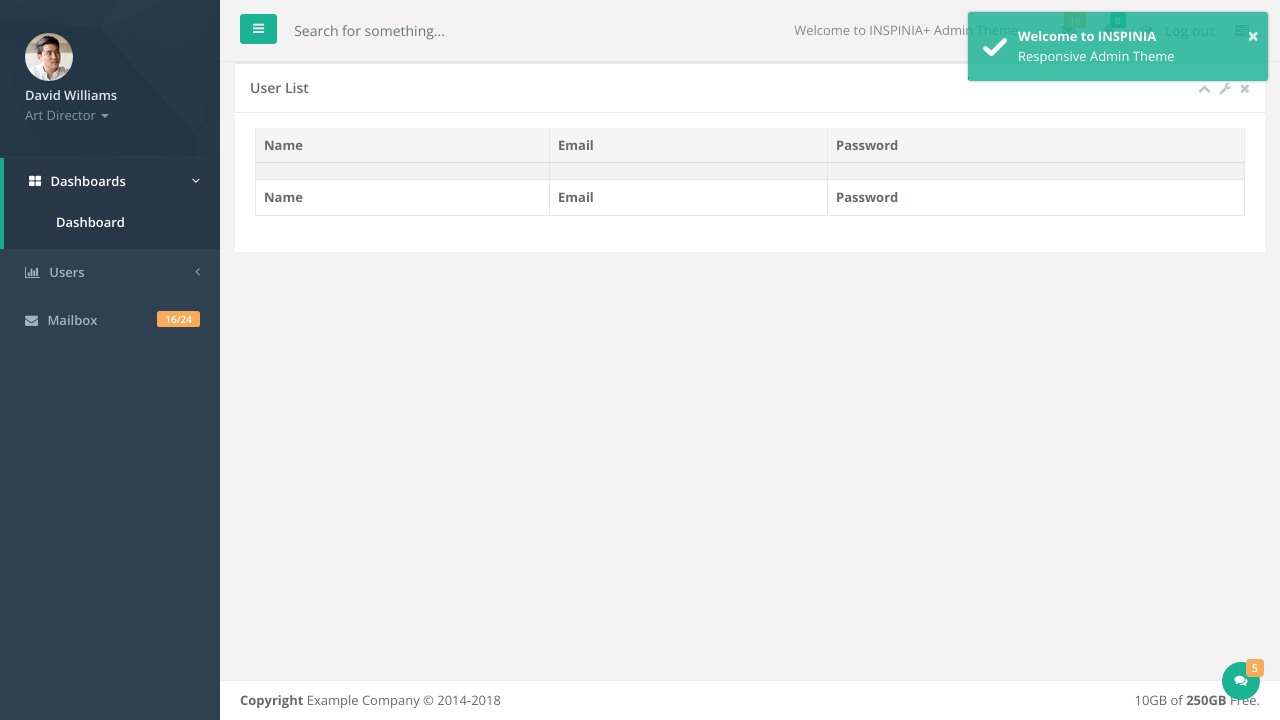
Repository: WAQARHUSSAIN12/quiz
Page: http://localhost/users
These files come from the project's save history. The page is drawn as it stood at one moment and after the next save; the edit follows.
The browser window is 1280 px wide. The pictures show the whole page.
The page is served by the project's Laravel application, run on PHP 8.4 with Laravel 9. Other server files are loaded and not shown.

Above is the page before, as saved 2024-08-09 16:54:21.
Console error: TypeError: Cannot read properties of undefined (reading 'plugins')

### routes/web.php
<?php

use Illuminate\Support\Facades\Route;
use App\Http\Controllers\Admin\HomeController;
use App\Http\Controllers\Admin\UserController;


/*
|--------------------------------------------------------------------------
| Web Routes
|--------------------------------------------------------------------------
|
| Here is where you can register web routes for your application. These
| routes are loaded by the RouteServiceProvider within a group which
| contains the "web" middleware group. Now create something great!
|
*/

Route::get('/', [HomeController::class,"dashboard"])->name("admin.dashboard");

Route::get('users', [UserController::class,"index"])->name("admin.users");

### app/Http/Controllers/Admin/UserController.php
<?php

namespace App\Http\Controllers\Admin;

use App\Http\Controllers\Controller;
use Illuminate\Http\Request;
use Yajra\DataTables\DataTables;
use App\Models\User;

class UserController extends Controller
{
    //
    public function index(Request $request){

        if ($request->ajax()){
            $user = User::select(['name', 'email', 'created_at']); // Adjust the columns accordingly
            return DataTables::of($user)->make(true);

        }

        return view('backend.users.index');
    }
}

### resources/views/backend/users/index.blade.php
@extends('backend.layout.layout')

@section('title', 'User List')

@section('content')

<link href="{{asset('assets/css/plugins/dataTables/datatables.min.css')}}" rel="stylesheet">

<div class="row">
    <div class="col-lg-12">
        <div class="ibox ">
            <div class="ibox-title">
                <h5>User List</h5>
                <div class="ibox-tools">
                    <a class="collapse-link">
                        <i class="fa fa-chevron-up"></i>
                    </a>
                    <a class="dropdown-toggle" data-toggle="dropdown" href="#">
                        <i class="fa fa-wrench"></i>
                    </a>
                    <ul class="dropdown-menu dropdown-user">
                        <li><a href="#" class="dropdown-item">Config option 1</a>
                        </li>
                        <li><a href="#" class="dropdown-item">Config option 2</a>
                        </li>
                    </ul>
                    <a class="close-link">
                        <i class="fa fa-times"></i>
                    </a>
                </div>
            </div>
            <div class="ibox-content">

                <div class="table-responsive">
                    <table class="table table-striped table-bordered table-hover dataTables-example">
                        <thead>
                            <tr>
                                <th>Name</th>
                                <th>Email</th>
                                <th>Password</th>
                            </tr>
                        </thead>
                        <tbody>
                            <tr>
                                <td class="center"></td>
                                <td class="center"></td>
                                <td class="center"></td>
                            </tr>
                        </tbody>
                        <tfoot>
                            <tr>
                                <th>Name</th>
                                <th>Email</th>
                                <th>Password</th>
                            </tr>
                        </tfoot>
                    </table>
                </div>

            </div>
        </div>
    </div>
</div>

@endsection

@push('script')

<script src="{{asset('assets/js/plugins/dataTables/datatables.min.js')}}"></script>
<script src="{{asset('assets/js/plugins/dataTables/dataTables.bootstrap4.min.js')}}"></script>

    <!-- Page-Level Scripts -->
    <script>
        $(document).ready(function(){
            // $('.dataTables-example').DataTable({
            //     pageLength: 25,
            //     responsive: true,
            //     dom: '<"html5buttons"B>lTfgitp',
            //     buttons: [
            //         { extend: 'copy'},
            //         {extend: 'csv'},
            //         {extend: 'excel', title: 'ExampleFile'},
            //         {extend: 'pdf', title: 'ExampleFile'},

            //         {extend: 'print',
            //          customize: function (win){
            //                 $(win.document.body).addClass('white-bg');
            //                 $(win.document.body).css('font-size', '10px');

            //                 $(win.document.body).find('table')
            //                         .addClass('compact')
            //                         .css('font-size', 'inherit');
            //         }
            //         }
            //     ]

            // });
        });

        $(document).ready(function() {
        $('.dataTables-example').DataTable({
            processing: true,
            serverSide: true,
            dom: '<"html5buttons"B>lTfgitp',
            buttons: [
                    { extend: 'copy'},
                    {extend: 'csv'},
                    {extend: 'excel', title: 'ExampleFile'},
                    {extend: 'pdf', title: 'ExampleFile'},

                    {extend: 'print',
                     customize: function (win){
                            $(win.document.body).addClass('white-bg');
                            $(win.document.body).css('font-size', '10px');

                            $(win.document.body).find('table')
                                    .addClass('compact')
                                    .css('font-size', 'inherit');
                    }
                    }
            ],
            ajax: "{{ route('admin.users') }}",
            columns: [
                { data: 'name'},
                { data: 'email'},
                { data: 'created_at'},
                // { data: 'action', name: 'action', orderable: false, searchable: false },
            ]
        });
    });

    </script>

@endpush

### resources/views/backend/layout/navigation.blade.php
<nav class="navbar-default navbar-static-side" role="navigation">
    <div class="sidebar-collapse">
        <ul class="nav metismenu" id="side-menu">
            <li class="nav-header">
                <div class="dropdown profile-element">
                    <img alt="image" class="rounded-circle" src="{{asset('assets/img/profile_small.jpg')}}" />
                    <a data-toggle="dropdown" class="dropdown-toggle" href="#">
                        <span class="block m-t-xs font-bold">David Williams</span>
                        <span class="text-muted text-xs block">Art Director <b class="caret"></b></span>
                    </a>
                    <ul class="dropdown-menu animated fadeInRight m-t-xs">
                        <li><a class="dropdown-item" href="profile.html">Profile</a></li>
                        <li><a class="dropdown-item" href="contacts.html">Contacts</a></li>
                        <li><a class="dropdown-item" href="mailbox.html">Mailbox</a></li>
                        <li class="dropdown-divider"></li>
                        <li><a class="dropdown-item" href="login.html">Logout</a></li>
                    </ul>
                </div>
                <div class="logo-element">
                    IN+
                </div>
            </li>
            <li class="active">
                <a href="index.html"><i class="fa fa-th-large"></i> <span class="nav-label">Dashboards</span> <span
                        class="fa arrow"></span></a>
                <ul class="nav nav-second-level">
                    <li class="active"><a href="index.html">Dashboard</a></li>
                </ul>
            </li>
            <li>
                <a href="#"><i class="fa fa-bar-chart-o"></i> <span class="nav-label">Users</span><span
                        class="fa arrow"></span></a>
                <ul class="nav nav-second-level collapse">
                    <li><a href="graph_flot.html">Users</a></li>
                </ul>
            </li>
            <li>
                <a href="mailbox.html"><i class="fa fa-envelope"></i> <span class="nav-label">Mailbox </span><span
                        class="label label-warning float-right">16/24</span></a>
                <ul class="nav nav-second-level collapse">
                    <li><a href="mailbox.html">Inbox</a></li>
                    <li><a href="mail_detail.html">Email view</a></li>
                    <li><a href="mail_compose.html">Compose email</a></li>
                    <li><a href="email_template.html">Email templates</a></li>
                </ul>
            </li>
        </ul>

    </div>
</nav>

### resources/views/backend/layout/topbar.blade.php
<div class="row border-bottom">
    <nav class="navbar navbar-static-top" role="navigation" style="margin-bottom: 0">
        <div class="navbar-header">
            <a class="navbar-minimalize minimalize-styl-2 btn btn-primary " href="#"><i class="fa fa-bars"></i> </a>
            <form role="search" class="navbar-form-custom" action="search_results.html">
                <div class="form-group">
                    <input type="text" placeholder="Search for something..." class="form-control" name="top-search"
                        id="top-search">
                </div>
            </form>
        </div>
        <ul class="nav navbar-top-links navbar-right">
            <li style="padding: 20px">
                <span class="m-r-sm text-muted welcome-message">Welcome to INSPINIA+ Admin Theme.</span>
            </li>
            <li class="dropdown">
                <a class="dropdown-toggle count-info" data-toggle="dropdown" href="#">
                    <i class="fa fa-envelope"></i> <span class="label label-warning">16</span>
                </a>
                <ul class="dropdown-menu dropdown-messages dropdown-menu-right">
                    <li>
                        <div class="dropdown-messages-box">
                            <a class="dropdown-item float-left" href="profile.html">
                                <img alt="image" class="rounded-circle" src="{{asset('assets/img/a7.jpg')}}">
                            </a>
                            <div class="media-body">
                                <small class="float-right">46h ago</small>
                                <strong>Mike Loreipsum</strong> started following <strong>Monica Smith</strong>. <br>
                                <small class="text-muted">3 days ago at 7:58 pm - 10.06.2014</small>
                            </div>
                        </div>
                    </li>
                    <li class="dropdown-divider"></li>
                    <li>
                        <div class="dropdown-messages-box">
                            <a class="dropdown-item float-left" href="profile.html">
                                <img alt="image" class="rounded-circle" src="{{asset('assets/img/a4.jpg')}}">
                            </a>
                            <div class="media-body ">
                                <small class="float-right text-navy">5h ago</small>
                                <strong>Chris Johnatan Overtunk</strong> started following <strong>Monica
                                    Smith</strong>. <br>
                                <small class="text-muted">Yesterday 1:21 pm - 11.06.2014</small>
                            </div>
                        </div>
                    </li>
                    <li class="dropdown-divider"></li>
                    <li>
                        <div class="dropdown-messages-box">
                            <a class="dropdown-item float-left" href="profile.html">
                                <img alt="image" class="rounded-circle" src="{{asset('assets/img/profile.jpg')}}">
                            </a>
                            <div class="media-body ">
                                <small class="float-right">23h ago</small>
                                <strong>Monica Smith</strong> love <strong>Kim Smith</strong>. <br>
                                <small class="text-muted">2 days ago at 2:30 am - 11.06.2014</small>
                            </div>
                        </div>
                    </li>
                    <li class="dropdown-divider"></li>
                    <li>
                        <div class="text-center link-block">
                            <a href="mailbox.html" class="dropdown-item">
                                <i class="fa fa-envelope"></i> <strong>Read All Messages</strong>
                            </a>
                        </div>
                    </li>
                </ul>
            </li>
            <li class="dropdown">
                <a class="dropdown-toggle count-info" data-toggle="dropdown" href="#">
                    <i class="fa fa-bell"></i> <span class="label label-primary">8</span>
                </a>
                <ul class="dropdown-menu dropdown-alerts">
                    <li>
                        <a href="mailbox.html" class="dropdown-item">
                            <div>
                                <i class="fa fa-envelope fa-fw"></i> You have 16 messages
                                <span class="float-right text-muted small">4 minutes ago</span>
                            </div>
                        </a>
                    </li>
                    <li class="dropdown-divider"></li>
                    <li>
                        <a href="profile.html" class="dropdown-item">
                            <div>
                                <i class="fa fa-twitter fa-fw"></i> 3 New Followers
                                <span class="float-right text-muted small">12 minutes ago</span>
                            </div>
                        </a>
                    </li>
                    <li class="dropdown-divider"></li>
                    <li>
                        <a href="grid_options.html" class="dropdown-item">
                            <div>
                                <i class="fa fa-upload fa-fw"></i> Server Rebooted
                                <span class="float-right text-muted small">4 minutes ago</span>
                            </div>
                        </a>
                    </li>
                    <li class="dropdown-divider"></li>
                    <li>
                        <div class="text-center link-block">
                            <a href="notifications.html" class="dropdown-item">
                                <strong>See All Alerts</strong>
                                <i class="fa fa-angle-right"></i>
                            </a>
                        </div>
                    </li>
                </ul>
            </li>


            <li>
                <a href="login.html">
                    <i class="fa fa-sign-out"></i> Log out
                </a>
            </li>
            <li>
                <a class="right-sidebar-toggle">
                    <i class="fa fa-tasks"></i>
                </a>
            </li>
        </ul>

    </nav>
</div>

### resources/views/backend/layout/footer.blade.php
<div class="footer">
    <div class="float-right">
        10GB of <strong>250GB</strong> Free.
    </div>
    <div>
        <strong>Copyright</strong> Example Company &copy; 2014-2018
    </div>
</div>

Loaded but not shown: app/Http/Controllers/Controller.php (common file); public/assets/css/bootstrap.min.css (library); public/assets/font-awesome/css/font-awesome.css (library); public/assets/css/plugins/toastr/toastr.min.css (library); public/assets/css/animate.css (library); public/assets/css/style.css (library); public/assets/css/plugins/dataTables/datatables.min.css (library); public/assets/js/jquery-3.1.1.min.js (library); public/assets/js/popper.min.js (library); public/assets/js/bootstrap.js (library); public/assets/js/plugins/slimscroll/jquery.slimscroll.min.js (library); public/assets/js/plugins/flot/jquery.flot.tooltip.min.js (library); public/assets/js/plugins/peity/jquery.peity.min.js (library); public/assets/js/plugins/pace/pace.min.js (library); public/assets/js/plugins/jquery-ui/jquery-ui.min.js (library); public/assets/js/plugins/gritter/jquery.gritter.min.js (library); public/assets/js/plugins/sparkline/jquery.sparkline.min.js (library); public/assets/js/plugins/toastr/toastr.min.js (library); public/assets/js/plugins/dataTables/dataTables.bootstrap4.min.js (common file); public/assets/js/inspinia.js (313 lines, source omitted); public/assets/js/demo/sparkline-demo.js (51 lines, source omitted); public/assets/js/demo/peity-demo.js (33 lines, source omitted); resources/views/backend/layout/layout.blade.php (720 lines, source omitted)

After the next save:
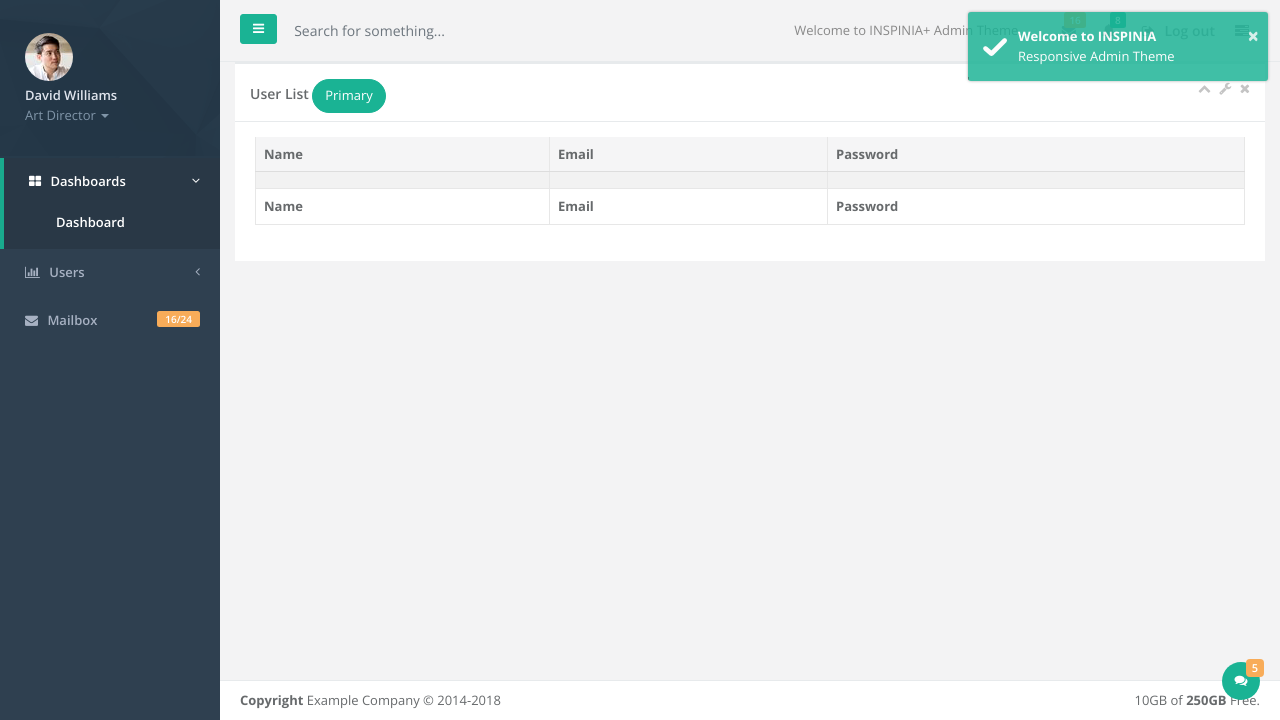
Saved 2 min 28 s later.
--- a/resources/views/backend/users/index.blade.php
+++ b/resources/views/backend/users/index.blade.php
@@ -28,6 +28,8 @@
                         <i class="fa fa-times"></i>
                     </a>
                 </div>
+
+                <a class="btn btn-primary btn-rounded" href="#">Primary</a>
             </div>
             <div class="ibox-content">
 
